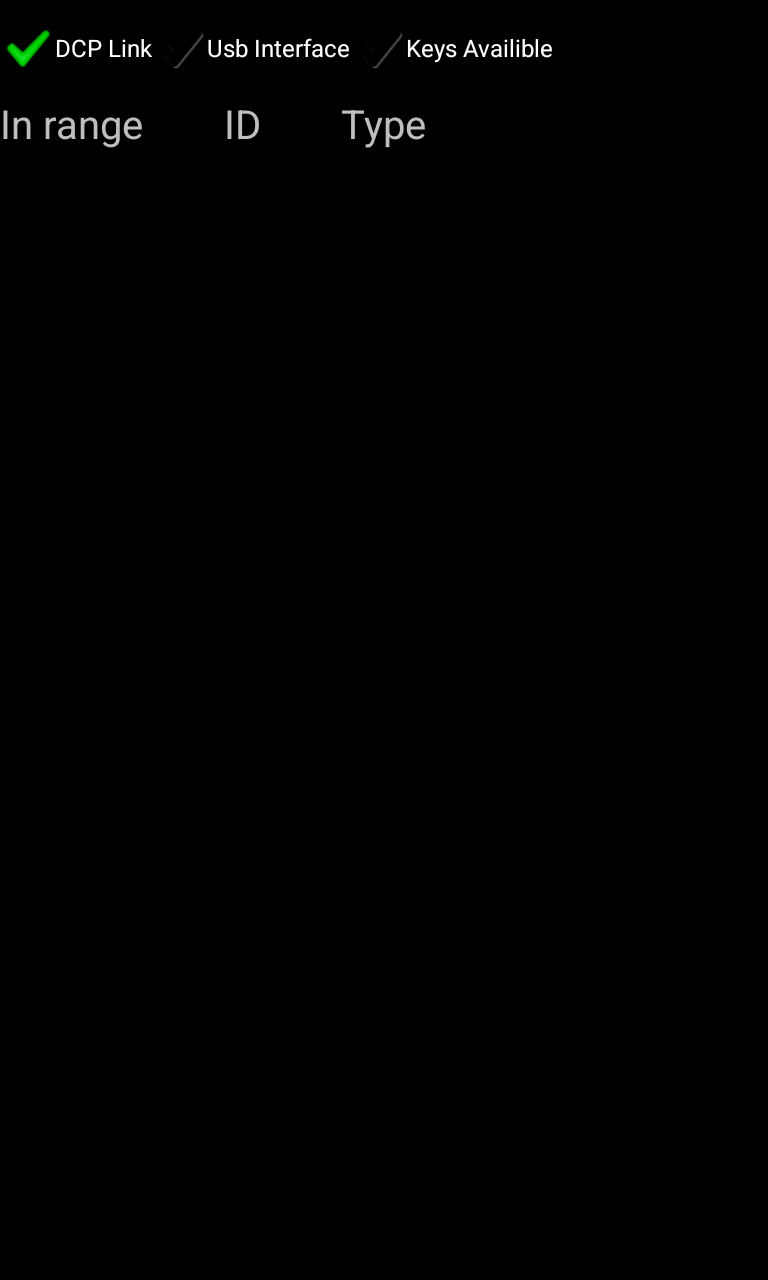
Repository: sergioenriquez/CSTE
Layout: HNAD/res/layout/devicelist.xml
An editor plug-in stored every save of this project. The layout is shown before and after the next save, followed by the edit.
It is drawn on a 768 x 1280 px phone screen (xhdpi) without system bars, with theme android:Theme.NoTitleBar; the app's code is not run. Lists and similar views that code fills are empty.

Above is the layout before, as saved 2011-12-18 04:04:14.

### HNAD/res/layout/devicelist.xml
<?xml version="1.0" encoding="utf-8"?>
<LinearLayout
    xmlns:android="http://schemas.android.com/apk/res/android"
    android:orientation="vertical"
    android:layout_width="fill_parent"
    android:layout_height="fill_parent">
    <LinearLayout
        android:orientation="horizontal"
        android:layout_width="match_parent"
        android:layout_height="wrap_content">
        <CheckBox
	        android:id="@+id/dcplink"
	        android:text="DCP Link"
	       	android:button="@drawable/smallcheckbox"
	       	android:textSize="12sp"
	        android:editable="false"
	        android:checked="true"
	        android:layout_width="wrap_content"
			android:layout_height="wrap_content"/>
        <CheckBox
	        android:id="@+id/usblink"
	        android:text="Usb Interface"
	        android:textSize="12sp"
	        android:button="@drawable/smallcheckbox"
	        android:editable="false"
	        android:layout_width="wrap_content"
			android:layout_height="wrap_content"/>
        <CheckBox
	        android:id="@+id/keysavalible"
	        android:text="Keys Availible"
	        android:textSize="12sp"
	        android:button="@drawable/smallcheckbox"
	        android:editable="false"
	        android:layout_width="wrap_content"
			android:layout_height="wrap_content"/>
	</LinearLayout>

	<LinearLayout
	    android:layout_width="wrap_content"
	    android:layout_height="wrap_content"
	    android:orientation="horizontal" >

        <TextView
	    android:layout_width="fill_parent"
	    android:layout_height="wrap_content"
	    android:layout_marginRight="40sp"
	    android:textSize="20sp"
	    android:text="In range"/>
        <TextView
	    android:layout_width="fill_parent"
	    android:layout_height="wrap_content"
	    android:layout_marginRight="40sp"
	    android:textSize="20sp"
	    android:text="ID"/>
        <TextView
	    android:layout_width="fill_parent"
	    android:layout_height="wrap_content"
	    android:layout_marginRight="25sp"
	    android:textSize="20sp"
	    android:text="Type"/>
	</LinearLayout>
	<ListView
        android:id="@+id/devicesList"
        android:layout_width="match_parent"
        android:layout_height="match_parent" />
</LinearLayout>

### HNAD/res/drawable/smallcheckbox.xml
<?xml version="1.0" encoding="utf-8"?>

<selector xmlns:android="http://schemas.android.com/apk/res/android">
        <item android:state_checked="true" android:state_focused="true"
                android:drawable="@android:drawable/btn_check_buttonless_off" />
        <item android:state_checked="false" android:state_focused="true"
                android:drawable="@android:drawable/btn_check_buttonless_on" />
        <item android:state_checked="false"
                android:drawable="@android:drawable/btn_check_buttonless_off" />
        <item android:state_checked="true"
                android:drawable="@android:drawable/btn_check_buttonless_on" />
</selector>

After the next save:
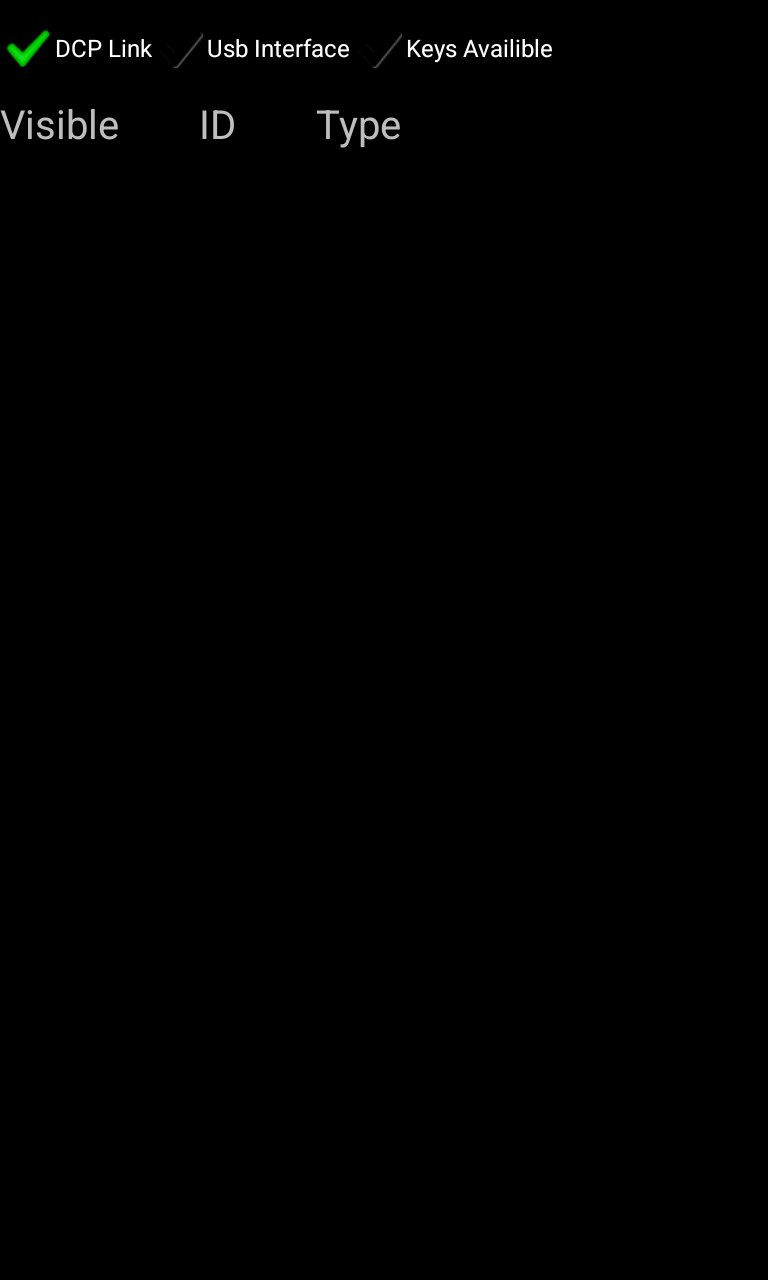
Saved 15 s later.
--- a/HNAD/res/layout/devicelist.xml
+++ b/HNAD/res/layout/devicelist.xml
@@ -45,7 +45,7 @@
 	    android:layout_height="wrap_content"
 	    android:layout_marginRight="40sp"
 	    android:textSize="20sp"
-	    android:text="In range"/>
+	    android:text="Visible"/>
         <TextView
 	    android:layout_width="fill_parent"
 	    android:layout_height="wrap_content"
